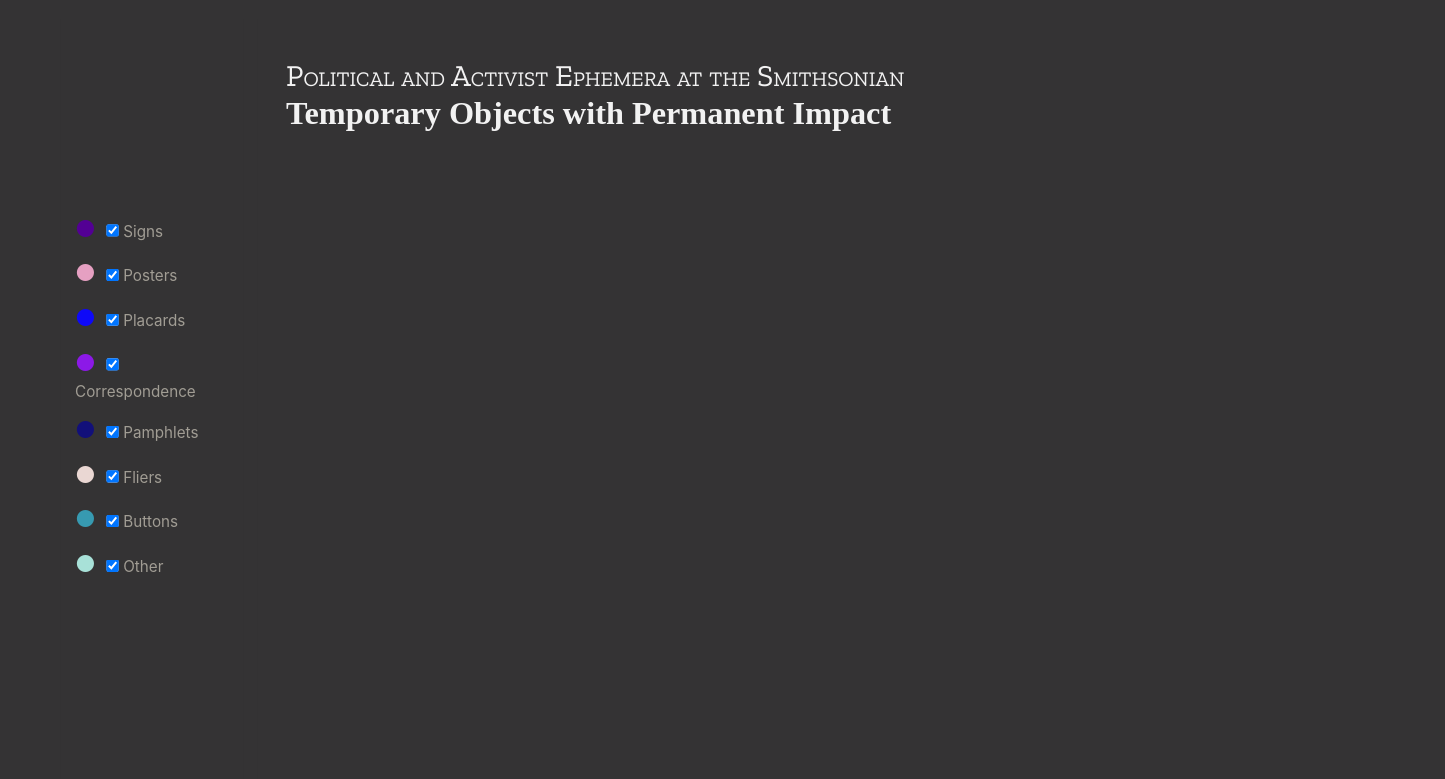
Repository: m0llyc00k/Major-studio-1
Page: Final/index-2.html
The author's editor kept a record of every edit. The page is drawn from the files as they stood at one moment, then again after the next edit.
The browser window is 1280 px wide. The page is 1521 px wide, so the pictures cover 1521 px, including what lies to the right of the window. The pictures show the whole page, at 95% of full size.
The page's requests for data from a server got no answer. Some web fonts or font styles are not loaded; a fallback is used.

Above is the page before.

After the next edit:
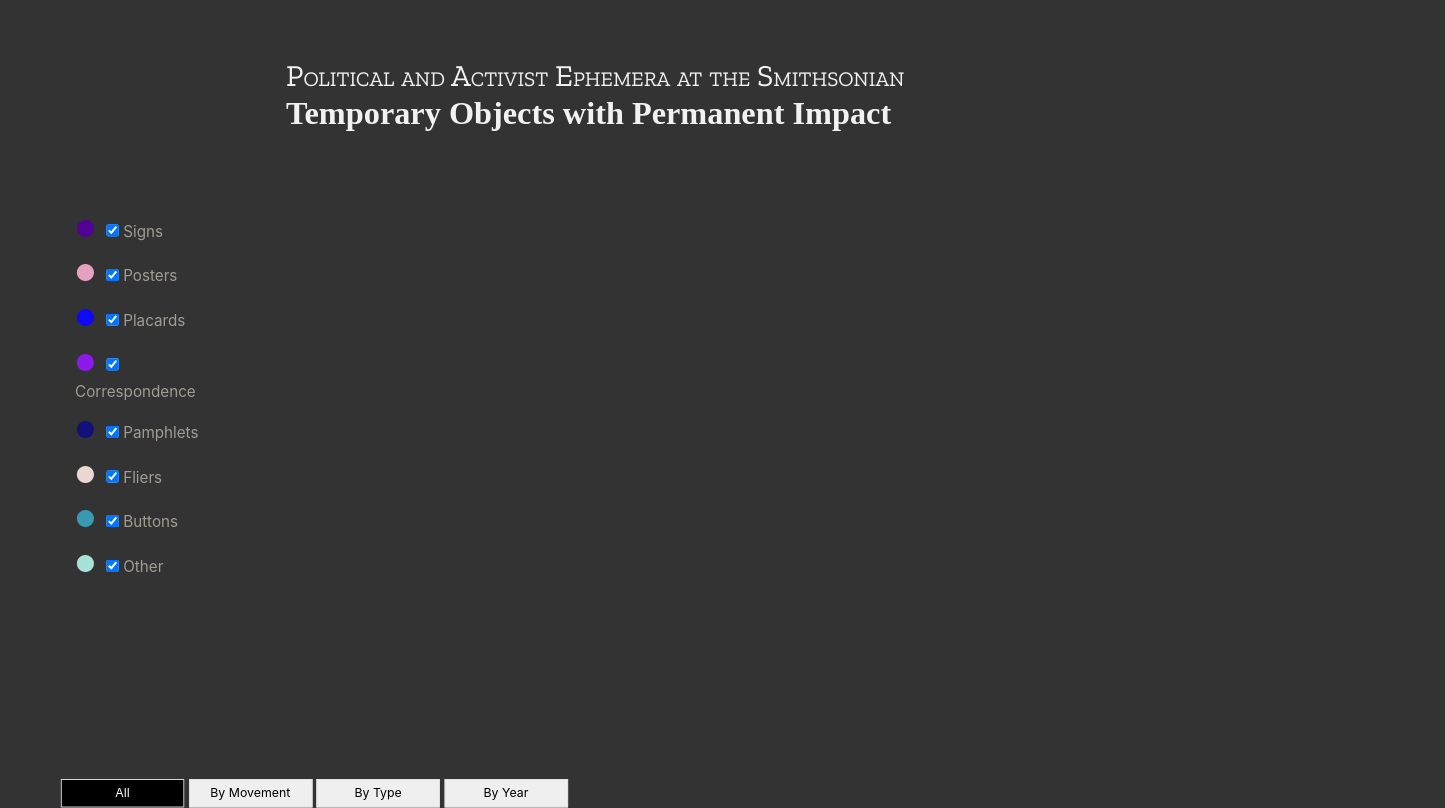
The edit:
--- a/Final/index-2.html
+++ b/Final/index-2.html
@@ -25,11 +25,24 @@
             /*zoom: reset;*/
         }
 
+        .selected {
+            fill: none;
+        }
 
-        /*.graph {*/
-        /*    width: 50%;*/
-        /*    background-color: #121212;*/
-        /*}*/
+        .button {
+            min-width: 130px;
+            padding: 4px 5px;
+            cursor: pointer;
+            text-align: center;
+            font-size: 13px;
+            border: 1px solid #e0e0e0;
+            text-decoration: none;
+        }
+
+        .button.active {
+            background: #000;
+            color: #fff;
+        }
 
         #checkboxes>* {
             font: Roboto;
@@ -45,17 +58,19 @@
             /*padding-left: 20px;*/
             /*border-radius: 25px;*/
             padding-top: 200px;
-            padding-right:10px;
+            padding-right: 10px;
         }
 
         /*.measure-group {*/
+
         /*    display: grid;*/
+
         /*}*/
-
 
         svg {
             background-color: #343334;
         }
+
         svganchor {
             padding: 100px;
         }
@@ -94,7 +109,6 @@
         }
 
         /*.typeSort {}*/
-
 
         .container {
             padding-top: 20px;
@@ -159,12 +173,21 @@
             </div>
 
             <div class="col col-lg-10" id="svganchor"></div>
+            <div class="row">
+                <div class="col" id="toolbar">
+                    <button id="all" class="button active">All</button>
+                    <button id="Movement" class="button">By Movement</button>
+                    <button id="typeSort" class="button">By Type</button>
+                    <button id="dateSort" class="button">By Year</button>
+                </div>
+            </div>
 
-        </div></div>
+        </div>
+    </div>
 
 
-        <script src="https://d3js.org/d3.v5.min.js"></script>
-        <script src="beeswarm-2.js"></script>
+    <script src="https://d3js.org/d3.v5.min.js"></script>
+    <script src="beeswarm-2.js"></script>
 
 </body>
 
